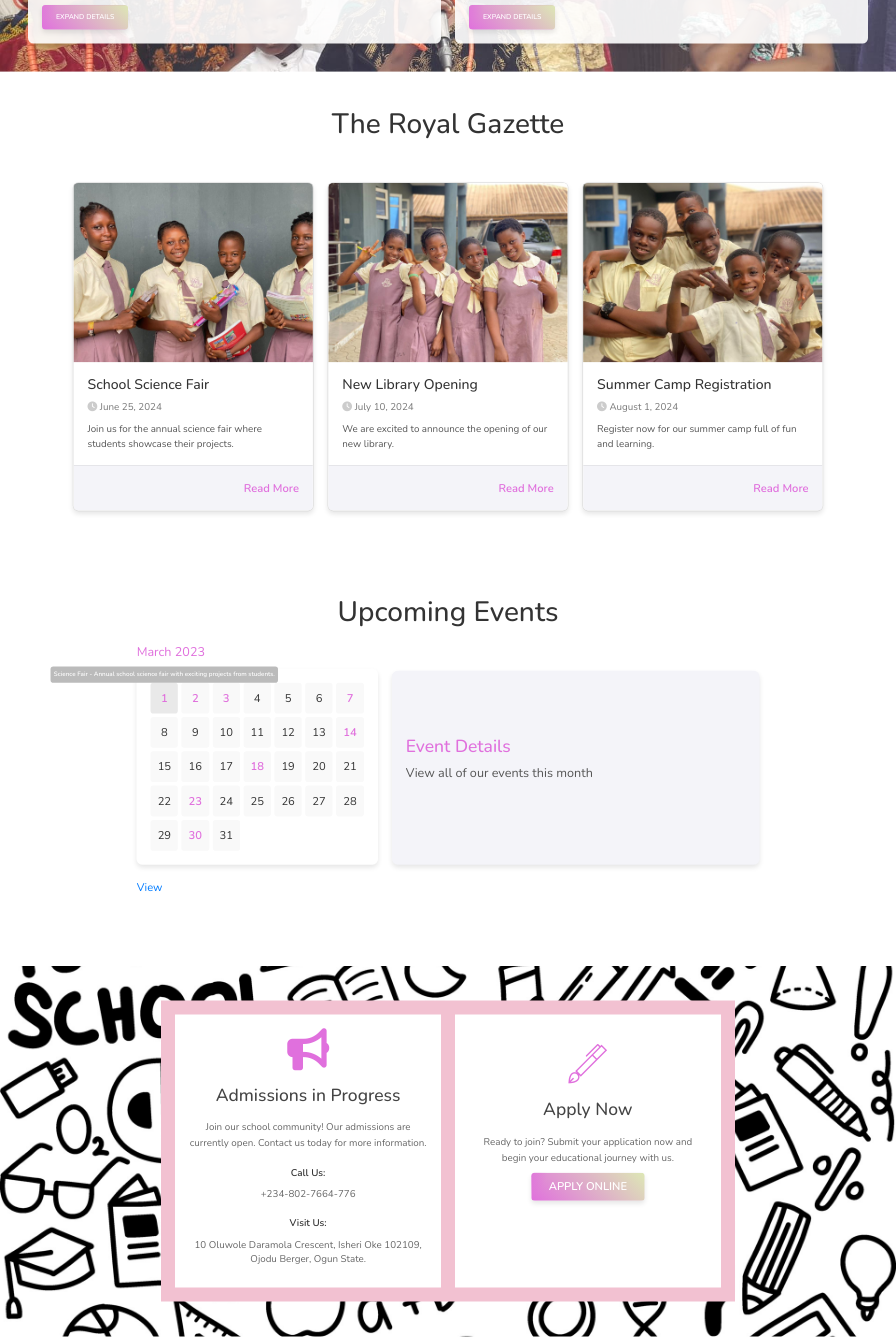
Repository: AdeniranZion/RC-Academy
Page: http://localhost/
These files come from the project's save history. The page is drawn as it stood at one moment and after the next save; the edit follows.
The browser window is 1280 px wide. The pictures show the part of the page from y = 4446 to 6366 px (the page is 7875 px tall), at 70% of full size.
The pointer rests on the first visible `.calendar div.event-date`.
Backgrounds fixed to the window are drawn as part of the page. Some web libraries are served in a nearby version. The page is run by PHP 8.4 with error messages shown; the project is at /var/www/html/.

Above is the page before, as saved 2024-06-21 15:55:20.
Console error: TypeError: Cannot set properties of null (setting 'onclick')

After the next save:
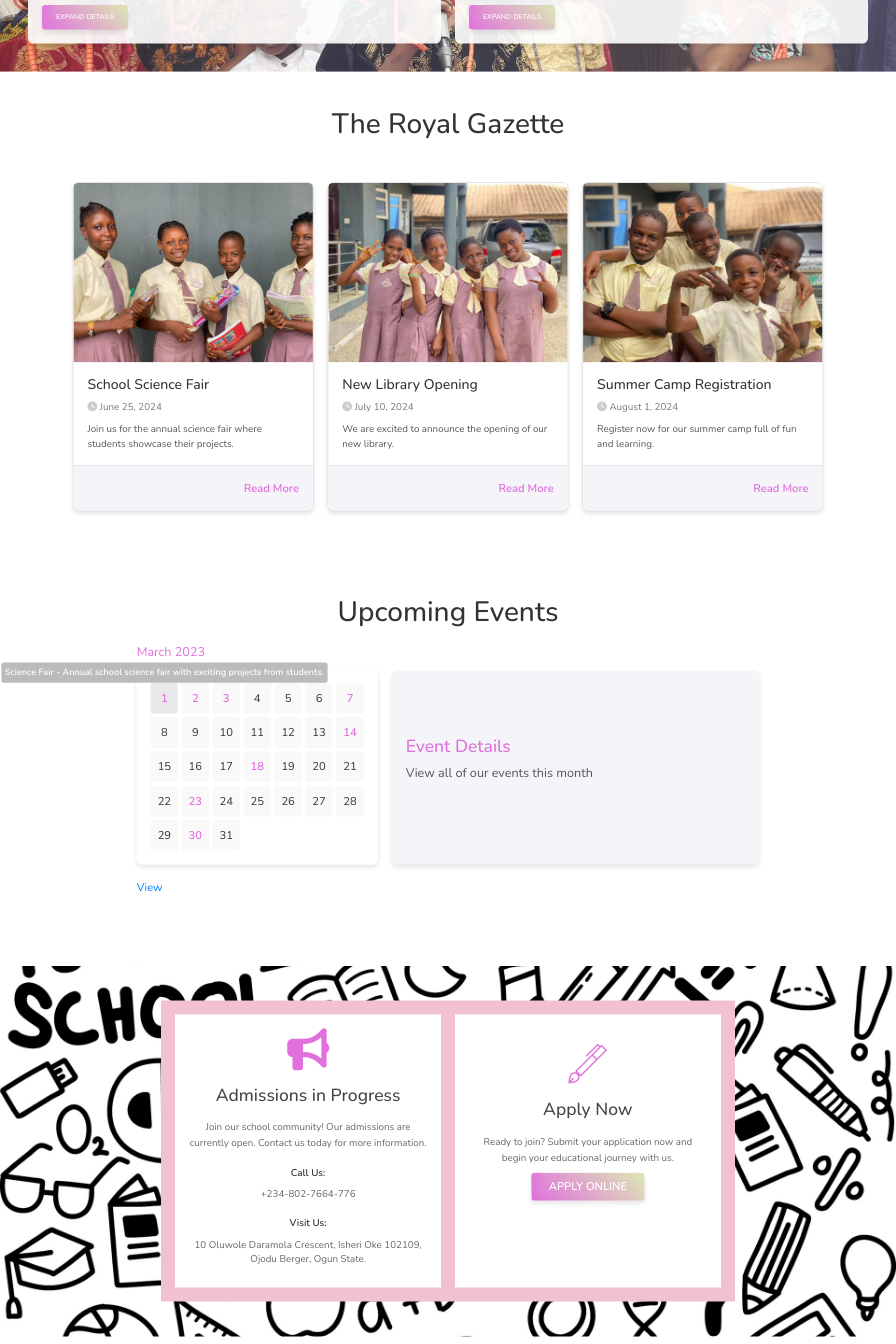
Saved 4 s later.
--- a/animate.php
+++ b/animate.php
@@ -148,7 +148,7 @@
             color: #fff;
             border-radius: 4px;
             white-space: nowrap;
-            font-size: 0.9rem;
+            font-size: 1.3rem;
             z-index: 10;
         }
 
